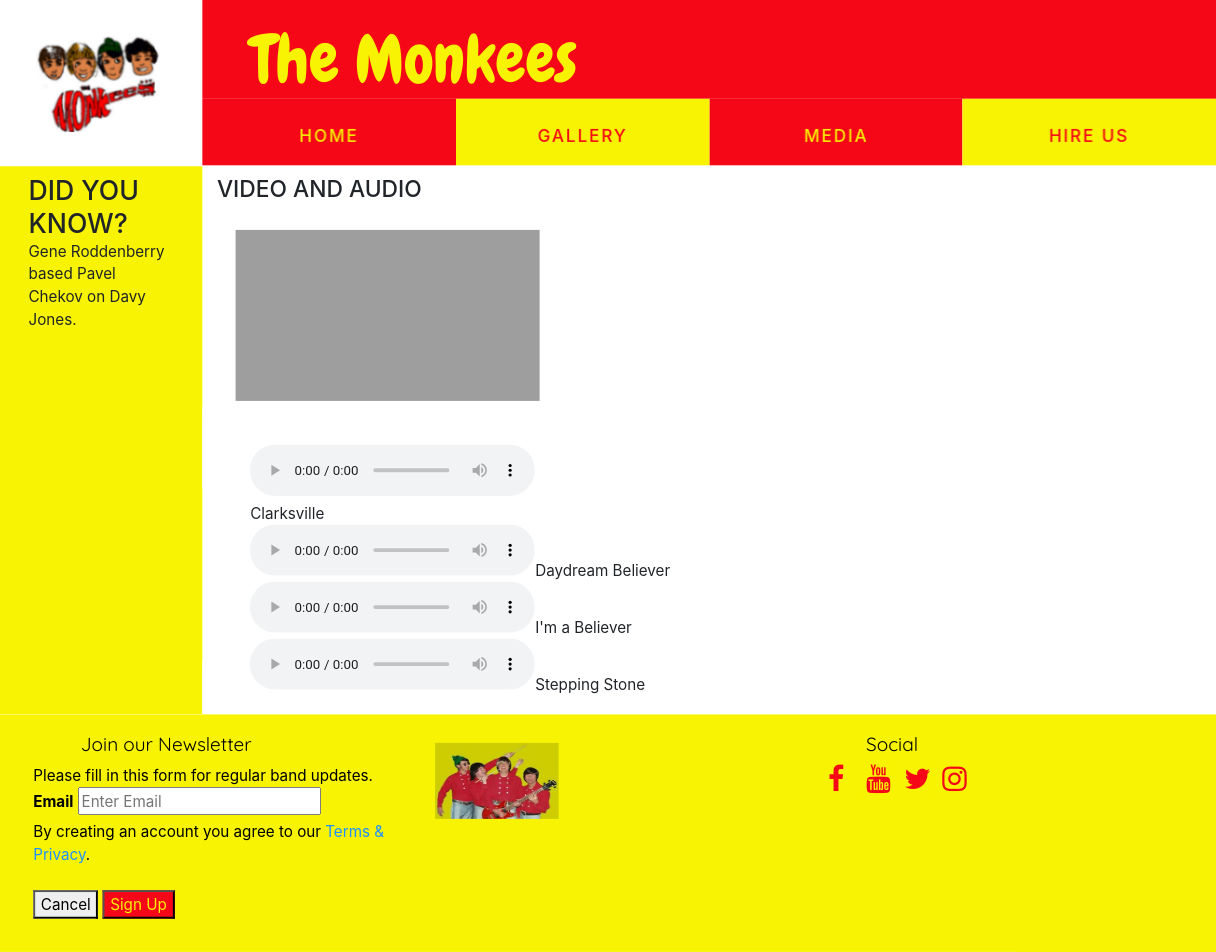
Repository: marcopolomt/monkees
Page: media.html
The author's editor kept a record of every edit. The page is drawn from the files as they stood at one moment, then again after the next edit.
The browser window is 1280 px wide. The pictures show the whole page, at 95% of full size.
Pictures or frames that could not be fetched are drawn as grey boxes.

Above is the page before.

After the next edit:
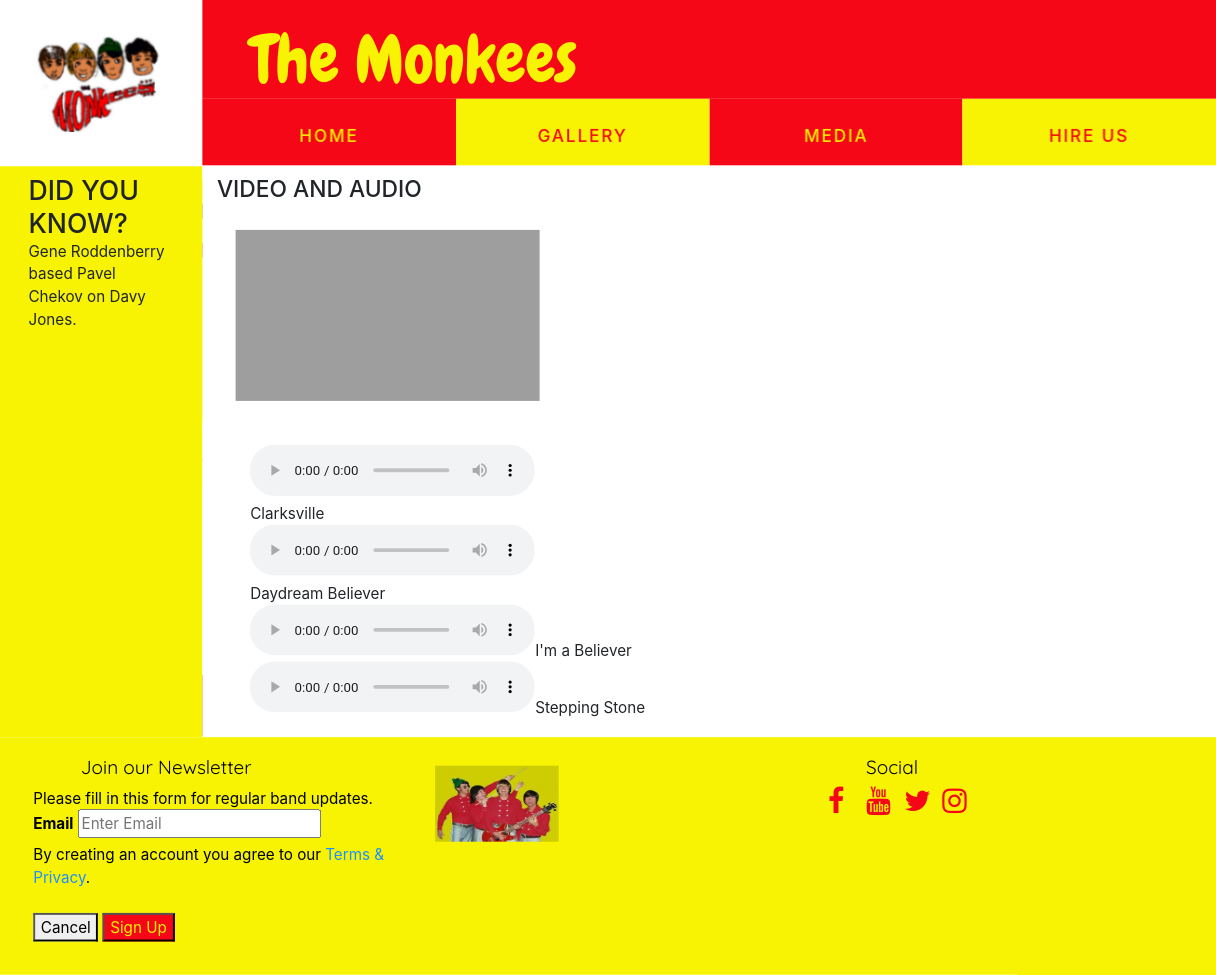
The edit:
--- a/media.html
+++ b/media.html
@@ -79,7 +79,7 @@
                             <audio controls>
     <source src="./assets/audio/DaydreamBeliever.mp3" type="audio/mpeg">
 Your browser does not support the audio element.
-</audio>Daydream Believer
+</audio><br>Daydream Believer
 
                             <br>
 
